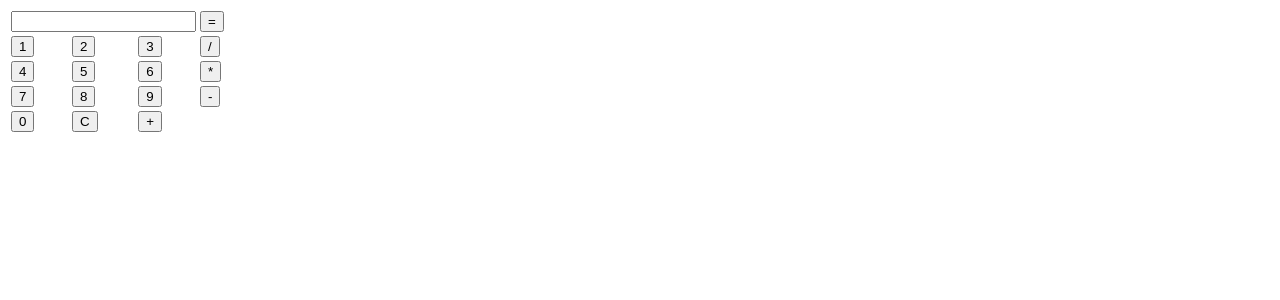
Repository: Seryozha02/CalculatorAndStopwatch
Page: calculator.html
The author's editor kept a copy of each file at every save. The page is drawn from the files as they stood at one save, then again after a run of saves.
The browser window is 1280 px wide. The pictures show the whole page.

Above is the page before, as saved 2022-10-03 00:15:48.

### calculator.html
<!DOCTYPE html>
<html lang="en">
  <head>
    <meta charset="UTF-8" />
    <meta http-equiv="X-UA-Compatible" content="IE=edge" />
    <meta name="viewport" content="width=device-width, initial-scale=1.0" />
    <link rel="stylesheet" href="calculator.css" />
    <title>Calculator</title>
  </head>
  <body>
    <table>
      <tr>
        <td colspan="3"><input class="display-box" type="text" id="result"/></td>
        <td><input type="button" value="=" onclick="calculate()" id="btn"></td>
      </tr>
      <tr>
        <td><input type="button" value="1" onclick="display(('1'))" /></td>
        <td><input type="button" value="2" onclick="display(('2'))" /></td>
        <td><input type="button" value="3" onclick="display(('3'))" /></td>
        <td><input type="button" value="/" onclick="display(('/'))" /></td>
      </tr>
      <tr>
        <td><input type="button" value="4" onclick="display(('4'))"></td>
        <td><input type="button" value="5" onclick="display(('5'))"></td>
        <td><input type="button" value="6" onclick="display(('6'))"></td>
        <td><input type="button" value="*" onclick="display(('*'))"></td>
      </tr>
      <tr>
        <td><input type="button" value="7" onclick="display(('7'))"></td>
        <td><input type="button" value="8" onclick="display(('8'))"></td>
        <td><input type="button" value="9" onclick="display(('9'))"></td>
        <td><input type="button" value="-" onclick="display(('-'))"></td>
      </tr>
      <tr>
      <td><input type="button" value="0" onclick="display(('0'))"></td>
      <td><input type="button" value="C" onclick="display((''))"></td>
      <td><input type="button" value="+" onclick="display(('+'))"></td>
    </tr>
    </table>
  </body>
  <script src="calculator.js"></script>
</html>

Loaded but not shown: calculator.css (no copy from this time; the picture is the same without it); calculator.js (no copy from this time; the picture is the same without it)

After the next 2 saves:
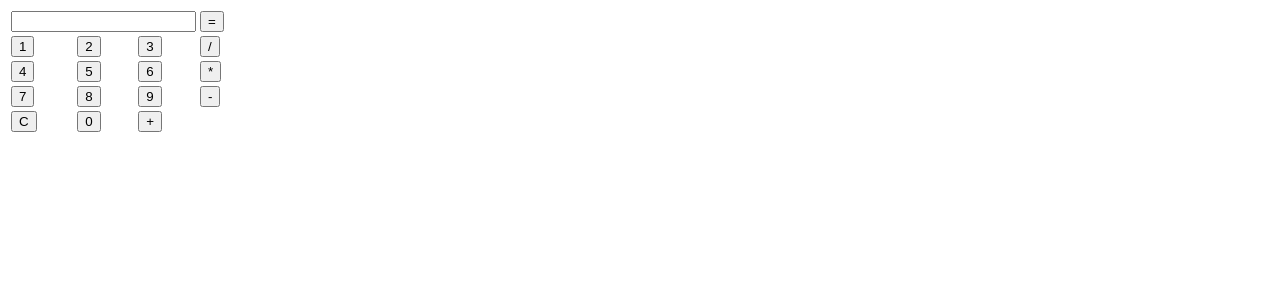
The 2 saves are shown as one change because they came seconds apart.
The last was saved 12 s later.
--- a/calculator.html
+++ b/calculator.html
@@ -32,8 +32,8 @@
         <td><input type="button" value="-" onclick="display(('-'))"></td>
       </tr>
       <tr>
-      <td><input type="button" value="0" onclick="display(('0'))"></td>
-      <td><input type="button" value="C" onclick="display((''))"></td>
+      <td><input type="button" value="C" onclick="display(('0'))"></td>
+      <td><input type="button" value="0" onclick="display((''))"></td>
       <td><input type="button" value="+" onclick="display(('+'))"></td>
     </tr>
     </table>
